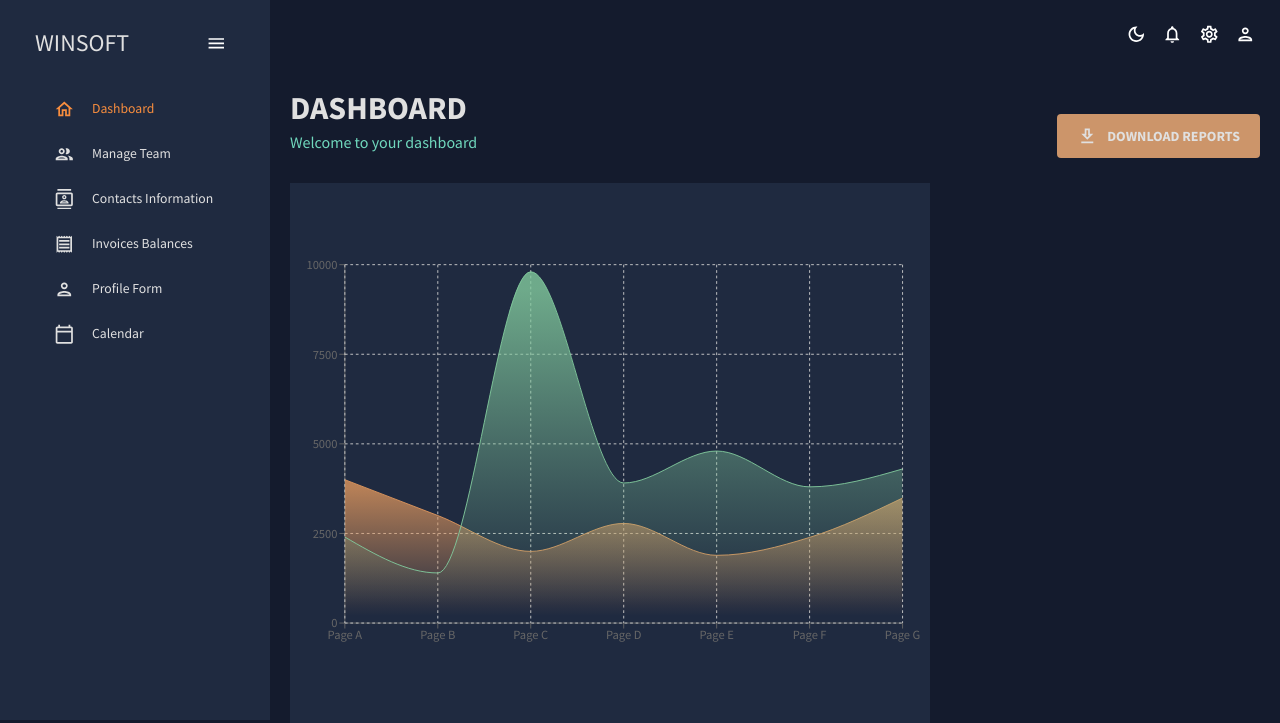
Repository: thamaraiselvan315731/winssoft
Page: /
The author's editor kept a copy of each file at every save. The page is drawn from the files as they stood at one save, then again after the next save.
The browser window is 1280 px wide. The pictures show the whole page.
The project was rebuilt for these pictures with package versions that can differ from the ones it lists, and the page was loaded fresh each time. Also part of the build but not shown: src/pages/team/index.jsx, src/pages/invoices/index.jsx, src/pages/contacts/index.jsx, src/pages/form/index.jsx, src/components/LineChart.jsx, src/data/mockGeoFeatures.js, src/components/GeographyChart.jsx, src/components/BarChart.jsx and 4 more.

Above is the page before, as saved 2022-12-01 11:04:47.

### src/App.js
import { useState } from "react";
import { Routes, Route } from "react-router-dom";
import Topbar from "./pages/global/Topbar";
import Sidebar from "./pages/global/Sidebar";
import Team from "./pages/team";
import Invoices from "./pages/invoices";
import Contacts from "./pages/contacts";
import Form from "./pages/form";
// import Bar from "./pages/bar";
// import Line from "./pages/line";
// import Pie from "./pages/pie";
// import Geography from "./pages/geography";
import Dashboard from "./pages/dashboard";
import FAQ from "./pages/faq";
import { CssBaseline, ThemeProvider } from "@mui/material";
import { ColorModeContext, useMode } from "./theme";
import Calendar from "./pages/calendar/calendar";

function App() {
  const [theme, colorMode] = useMode();
  const [isSidebar, setIsSidebar] = useState(true);

  return (
    <ColorModeContext.Provider value={colorMode}>
      <ThemeProvider theme={theme}>
        <CssBaseline />
        <div className="app">
          <Sidebar isSidebar={isSidebar} />
          <main className="content">
            <Topbar setIsSidebar={setIsSidebar} />
            <Routes>
              <Route path="/" element={<Dashboard />} />
              <Route path="/team" element={<Team />} />
              <Route path="/contacts" element={<Contacts />} />
              <Route path="/invoices" element={<Invoices />} />
              <Route path="/form" element={<Form />} />
              {/* <Route path="/bar" element={<Bar />} />
              <Route path="/pie" element={<Pie />} />
              <Route path="/line" element={<Line />} /> */}
              <Route path="/faq" element={<FAQ />} />
              <Route path="/calendar" element={<Calendar />} />
              {/* <Route path="/geography" element={<Geography />} /> */}
            </Routes>
          </main>
        </div>
      </ThemeProvider>
    </ColorModeContext.Provider>
  );
}

export default App;

### src/pages/global/Topbar.jsx
import { Box, IconButton, useTheme } from "@mui/material";
import { useContext } from "react";
import { ColorModeContext, tokens } from "../../theme";
import InputBase from "@mui/material/InputBase";
import LightModeOutlinedIcon from "@mui/icons-material/LightModeOutlined";
import DarkModeOutlinedIcon from "@mui/icons-material/DarkModeOutlined";
import NotificationsOutlinedIcon from "@mui/icons-material/NotificationsOutlined";
import SettingsOutlinedIcon from "@mui/icons-material/SettingsOutlined";
import PersonOutlinedIcon from "@mui/icons-material/PersonOutlined";
import SearchIcon from "@mui/icons-material/Search";

const Topbar = () => {
  const theme = useTheme();
  const colors = tokens(theme.palette.mode);
  const colorMode = useContext(ColorModeContext);

  return (
    <Box display="flex" justifyContent="flex-end" p={2}>
      {/* SEARCH BAR */}
      {/* <Box
        display="flex"
        backgroundColor={colors.primary[400]}
        borderRadius="3px"
      >
        <InputBase sx={{ ml: 2, flex: 1 }} placeholder="Search" />
        <IconButton type="button" sx={{ p: 1 }}>
          <SearchIcon />
        </IconButton>
      </Box> */}

      {/* ICONS */}
      <Box display="flex">
        <IconButton onClick={colorMode.toggleColorMode}>
          {theme.palette.mode === "dark" ? (
            <DarkModeOutlinedIcon />
          ) : (
            <LightModeOutlinedIcon />
          )}
        </IconButton>
        <IconButton>
          <NotificationsOutlinedIcon />
        </IconButton>
        <IconButton>
          <SettingsOutlinedIcon />
        </IconButton>
        <IconButton>
          <PersonOutlinedIcon />
        </IconButton>
      </Box>
    </Box>
  );
};

export default Topbar;

### src/pages/global/Sidebar.jsx
import { useState } from "react";
import { ProSidebar, Menu, MenuItem } from "react-pro-sidebar";
import { Box, IconButton, Typography, useTheme } from "@mui/material";
import { Link } from "react-router-dom";
import "react-pro-sidebar/dist/css/styles.css";
import { tokens } from "../../theme";
import HomeOutlinedIcon from "@mui/icons-material/HomeOutlined";
import PeopleOutlinedIcon from "@mui/icons-material/PeopleOutlined";
import ContactsOutlinedIcon from "@mui/icons-material/ContactsOutlined";
import ReceiptOutlinedIcon from "@mui/icons-material/ReceiptOutlined";
import PersonOutlinedIcon from "@mui/icons-material/PersonOutlined";
import CalendarTodayOutlinedIcon from "@mui/icons-material/CalendarTodayOutlined";// eslint-disable-next-line
import HelpOutlineOutlinedIcon from "@mui/icons-material/HelpOutlineOutlined";// eslint-disable-next-line
import BarChartOutlinedIcon from "@mui/icons-material/BarChartOutlined";// eslint-disable-next-line
import PieChartOutlineOutlinedIcon from "@mui/icons-material/PieChartOutlineOutlined";// eslint-disable-next-line
import TimelineOutlinedIcon from "@mui/icons-material/TimelineOutlined";// eslint-disable-next-line
import MenuOutlinedIcon from "@mui/icons-material/MenuOutlined";// eslint-disable-next-line
import MapOutlinedIcon from "@mui/icons-material/MapOutlined";// eslint-disable-next-line

const Item = ({ title, to, icon, selected, setSelected }) => {
  const theme = useTheme();
  const colors = tokens(theme.palette.mode);
  return (
    <MenuItem
      active={selected === title}
      style={{
        color: colors.grey[100],
      }}
      onClick={() => setSelected(title)}
      icon={icon}
    >
      <Typography>{title}</Typography>
      <Link to={to} />
    </MenuItem>
  );
};

const Sidebar = () => {
  const theme = useTheme();
  const colors = tokens(theme.palette.mode);
  const [isCollapsed, setIsCollapsed] = useState(false);
  const [selected, setSelected] = useState("Dashboard");

  return (
    <Box
      sx={{
        "& .pro-sidebar-inner": {
          background: `${colors.primary[400]} !important`,
        },
        "& .pro-icon-wrapper": {
          backgroundColor: "transparent !important",
        },
        "& .pro-inner-item": {
          padding: "5px 35px 5px 20px !important",
        },
        "& .pro-inner-item:hover": {
          color: "#f78d3e !important",
        },
        "& .pro-menu-item.active": {
          color: "#f78d3e !important",
        },
      }}
    >
      <ProSidebar collapsed={isCollapsed}>
        <Menu iconShape="square">
          {/* LOGO AND MENU ICON */}
          <MenuItem
            onClick={() => setIsCollapsed(!isCollapsed)}
            icon={isCollapsed ? <MenuOutlinedIcon /> : undefined}
            style={{
              margin: "10px 0 20px 0",
              color: colors.grey[100],
            }}
          >
            {!isCollapsed && (
              <Box
                display="flex"
                justifyContent="space-between"
                alignItems="center"
                ml="15px"
              >
                <Typography variant="h3" color={colors.grey[100]}>
                  WINSOFT
                </Typography>
                <IconButton onClick={() => setIsCollapsed(!isCollapsed)}>
                  <MenuOutlinedIcon />
                </IconButton>
              </Box>
            )}
          </MenuItem>

          {/* {!isCollapsed && (
            <Box mb="25px">
              <Box display="flex" justifyContent="center" alignItems="center">
                <img
                  alt="profile-user"
                  width="100px"
                  height="100px"
                  src={`../../assets/user.png`}
                  style={{ cursor: "pointer", borderRadius: "50%" }}
                />
              </Box>
              <Box textAlign="center">
                <Typography
                  variant="h2"
                  color={colors.grey[100]}
                  fontWeight="bold"
                  sx={{ m: "10px 0 0 0" }}
                >
                  Ed Roh
                </Typography>
                <Typography variant="h5" color={colors.greenAccent[500]}>
                  VP Fancy Admin
                </Typography>
              </Box>
            </Box>
          )} */}

          <Box paddingLeft={isCollapsed ? undefined : "10%"}>
            <Item
              title="Dashboard"
              to="/"
              icon={<HomeOutlinedIcon />}
              selected={selected}
              setSelected={setSelected}
            />

            {/* <Typography
              variant="h6"
              color={colors.grey[300]}
              sx={{ m: "15px 0 5px 20px" }}
            >
              Data
            </Typography> */}
            <Item
              title="Manage Team"
              to="/team"
              icon={<PeopleOutlinedIcon />}
              selected={selected}
              setSelected={setSelected}
            />
            <Item
              title="Contacts Information"
              to="/contacts"
              icon={<ContactsOutlinedIcon />}
              selected={selected}
              setSelected={setSelected}
            />
            <Item
              title="Invoices Balances"
              to="/invoices"
              icon={<ReceiptOutlinedIcon />}
              selected={selected}
              setSelected={setSelected}
            />

            {/* <Typography
              variant="h6"
              color={colors.grey[300]}
              sx={{ m: "15px 0 5px 20px" }}
            >
              Pages
            </Typography> */}
            <Item
              title="Profile Form"
              to="/form"
              icon={<PersonOutlinedIcon />}
              selected={selected}
              setSelected={setSelected}
            />
            <Item
              title="Calendar"
              to="/calendar"
              icon={<CalendarTodayOutlinedIcon />}
              selected={selected}
              setSelected={setSelected}
            />
            {/* <Item
              title="FAQ Page"
              to="/faq"
              icon={<HelpOutlineOutlinedIcon />}
              selected={selected}
              setSelected={setSelected}
            /> */}

            {/* <Typography
              variant="h6"
              color={colors.grey[300]}
              sx={{ m: "15px 0 5px 20px" }}
            >
              Charts
            </Typography>
            <Item
              title="Bar Chart"
              to="/bar"
              icon={<BarChartOutlinedIcon />}
              selected={selected}
              setSelected={setSelected}
            />
            <Item
              title="Pie Chart"
              to="/pie"
              icon={<PieChartOutlineOutlinedIcon />}
              selected={selected}
              setSelected={setSelected}
            />
            <Item
              title="Line Chart"
              to="/line"
              icon={<TimelineOutlinedIcon />}
              selected={selected}
              setSelected={setSelected}
            />
            <Item
              title="Geography Chart"
              to="/geography"
              icon={<MapOutlinedIcon />}
              selected={selected}
              setSelected={setSelected}
            /> */}
          </Box>
        </Menu>
      </ProSidebar>
    </Box>
  );
};

export default Sidebar;

### src/pages/dashboard/index.jsx
import { Box, Button, IconButton, Typography, useTheme } from "@mui/material";
import { tokens } from "../../theme";
import { mockTransactions } from "../../data/mockData";
import DownloadOutlinedIcon from "@mui/icons-material/DownloadOutlined";
import { AreaCharts } from "../../Charts/AreaChart"
import EmailIcon from "@mui/icons-material/Email";
import PointOfSaleIcon from "@mui/icons-material/PointOfSale";
import PersonAddIcon from "@mui/icons-material/PersonAdd";
import TrafficIcon from "@mui/icons-material/Traffic";
import Header from "../../components/Header";
import LineChart from "../../components/LineChart";
import GeographyChart from "../../components/GeographyChart";
import BarChart from "../../components/BarChart";
import StatBox from "../../components/StatBox";
import ProgressCircle from "../../components/ProgressCircle";

const Dashboard = () => {
  const theme = useTheme();
  const colors = tokens(theme.palette.mode);

  return (

    <Box m="20px">
      {/* HEADER */}
      <Box display="flex" justifyContent="space-between" alignItems="center">
        <Header title="DASHBOARD" subtitle="Welcome to your dashboard" />

        <Box>
          <Button
            sx={{
              backgroundColor: colors.blueAccent[700],
              color: colors.grey[100],
              fontSize: "14px",
              fontWeight: "bold",
              padding: "10px 20px",
            }}
          >
            <DownloadOutlinedIcon sx={{ mr: "10px" }} />
            Download Reports
          </Button>
        </Box>
      </Box>

      {/* GRID & CHARTS */}
      <Box
        display="grid"
        gridTemplateColumns="repeat(12, 1fr)"
        gridAutoRows="540px"
        gap="20px"
      >
        {/* ROW 1 */}
        <Box
          gridColumn="span 8"
          backgroundColor={colors.primary[400]}
          display="flex"
          alignItems="center"
          justifyContent="center"
        >
          <AreaCharts />
          {/* <StatBox
            title="12,361"
            subtitle="Emails Sent"
            progress="0.75"
            increase="+14%"
            icon={
              <EmailIcon
                sx={{ color: colors.greenAccent[600], fontSize: "26px" }}
              />
            }
          /> */}
        </Box>
        {/* <Box
          gridColumn="span 3"
          backgroundColor={colors.primary[400]}
          display="flex"
          alignItems="center"
          justifyContent="center"
        >
          <StatBox
            title="431,225"
            subtitle="Sales Obtained"
            progress="0.50"
            increase="+21%"
            icon={
              <PointOfSaleIcon
                sx={{ color: colors.greenAccent[600], fontSize: "26px" }}
              />
            }
          />
        </Box>
        <Box
          gridColumn="span 3"
          backgroundColor={colors.primary[400]}
          display="flex"
          alignItems="center"
          justifyContent="center"
        >
          <StatBox
            title="32,441"
            subtitle="New Clients"
            progress="0.30"
            increase="+5%"
            icon={
              <PersonAddIcon
                sx={{ color: colors.greenAccent[600], fontSize: "26px" }}
              />
            }
          />
        </Box>
        <Box
          gridColumn="span 3"
          backgroundColor={colors.primary[400]}
          display="flex"
          alignItems="center"
          justifyContent="center"
        >
          <StatBox
            title="1,325,134"
            subtitle="Traffic Received"
            progress="0.80"
            increase="+43%"
            icon={
              <TrafficIcon
                sx={{ color: colors.greenAccent[600], fontSize: "26px" }}
              />
            }
          />
        </Box> */}

        {/* ROW 2 */}
        {/* <Box
          gridColumn="span 8"
          gridRow="span 2"
          backgroundColor={colors.primary[400]}
        >
          <Box
            mt="25px"
            p="0 30px"
            display="flex "
            justifyContent="space-between"
            alignItems="center"
          >
            <Box>
              <Typography
                variant="h5"
                fontWeight="600"
                color={colors.grey[100]}
              >
                Revenue Generated
              </Typography>
              <Typography
                variant="h3"
                fontWeight="bold"
                color={colors.greenAccent[500]}
              >
                $59,342.32
              </Typography>
            </Box>
            <Box>
              <IconButton>
                <DownloadOutlinedIcon
                  sx={{ fontSize: "26px", color: colors.greenAccent[500] }}
                />
              </IconButton>
            </Box>
          </Box>
          <Box height="250px" m="-20px 0 0 0">
            <LineChart isDashboard={true} />
          </Box>
        </Box>
        <Box
          gridColumn="span 4"
          gridRow="span 2"
          backgroundColor={colors.primary[400]}
          overflow="auto"
        >
          <Box
            display="flex"
            justifyContent="space-between"
            alignItems="center"
            borderBottom={`4px solid ${colors.primary[500]}`}
            colors={colors.grey[100]}
            p="15px"
          >
            <Typography color={colors.grey[100]} variant="h5" fontWeight="600">
              Recent Transactions
            </Typography>
          </Box>
          {mockTransactions.map((transaction, i) => (
            <Box
              key={`${transaction.txId}-${i}`}
              display="flex"
              justifyContent="space-between"
              alignItems="center"
              borderBottom={`4px solid ${colors.primary[500]}`}
              p="15px"
            >
              <Box>
                <Typography
                  color={colors.greenAccent[500]}
                  variant="h5"
                  fontWeight="600"
                >
                  {transaction.txId}
                </Typography>
                <Typography color={colors.grey[100]}>
                  {transaction.user}
                </Typography>
              </Box>
              <Box color={colors.grey[100]}>{transaction.date}</Box>
              <Box
                backgroundColor={colors.greenAccent[500]}
                p="5px 10px"
                borderRadius="4px"
              >
                ${transaction.cost}
              </Box>
            </Box>
          ))}
        </Box> */}

        {/* ROW 3 */}
        {/* <Box
          gridColumn="span 4"
          gridRow="span 2"
          backgroundColor={colors.primary[400]}
          p="30px"
        >
          <Typography variant="h5" fontWeight="600">
            Campaign
          </Typography>
          <Box
            display="flex"
            flexDirection="column"
            alignItems="center"
            mt="25px"
          >
            <ProgressCircle size="125" />
            <Typography
              variant="h5"
              color={colors.greenAccent[500]}
              sx={{ mt: "15px" }}
            >
              $48,352 revenue generated
            </Typography>
            <Typography>Includes extra misc expenditures and costs</Typography>
          </Box>
        </Box>
        <Box
          gridColumn="span 4"
          gridRow="span 2"
          backgroundColor={colors.primary[400]}
        >
          <Typography
            variant="h5"
            fontWeight="600"
            sx={{ padding: "30px 30px 0 30px" }}
          >
            Sales Quantity
          </Typography>
          <Box height="250px" mt="-20px">
            <BarChart isDashboard={true} />
          </Box>
        </Box>
        <Box
          gridColumn="span 4"
          gridRow="span 2"
          backgroundColor={colors.primary[400]}
          padding="30px"
        >
          <Typography
            variant="h5"
            fontWeight="600"
            sx={{ marginBottom: "15px" }}
          >
            Geography Based Traffic
          </Typography>
          <Box height="200px">
            <GeographyChart isDashboard={true} />
          </Box>
        </Box> */}
      </Box>
    </Box>
  );
};

export default Dashboard;

### src/Charts/AreaChart.js
import { LineChart, Line, AreaChart, ResponsiveContainer, YAxis, Area, Tooltip, CartesianGrid, linearGradient, XAxis } from 'recharts';


const data = [
    {
        "name": "Page A",
        "uv": 4000,
        "pv": 2400,
        "amt": 2400
    },
    {
        "name": "Page B",
        "uv": 3000,
        "pv": 1398,
        "amt": 2210
    },
    {
        "name": "Page C",
        "uv": 2000,
        "pv": 9800,
        "amt": 2290
    },
    {
        "name": "Page D",
        "uv": 2780,
        "pv": 3908,
        "amt": 2000
    },
    {
        "name": "Page E",
        "uv": 1890,
        "pv": 4800,
        "amt": 2181
    },
    {
        "name": "Page F",
        "uv": 2390,
        "pv": 3800,
        "amt": 2500
    },
    {
        "name": "Page G",
        "uv": 3490,
        "pv": 4300,
        "amt": 2100
    }
]


export const AreaCharts = () => {
    // const theme = useTheme();
    // const colors = tokens(theme.palette.mode);

    return (
        <ResponsiveContainer width={700} height="80%">
            < AreaChart width={730} height={250} data={data}
                margin={{ top: 10, right: 30, left: 0, bottom: 0 }}>
                <defs>
                    <linearGradient id="colorUv" x1="0" y1="0" x2="0" y2="1">
                        <stop offset="5%" stopColor="#de965d" stopOpacity={0.8} />
                        <stop offset="95%" stopColor="#de965d" stopOpacity={0} />
                    </linearGradient>
                    <linearGradient id="colorPv" x1="0" y1="0" x2="0" y2="1">
                        <stop offset="5%" stopColor="#82ca9d" stopOpacity={0.8} />
                        <stop offset="95%" stopColor="#82ca9d" stopOpacity={0} />
                    </linearGradient>
                </defs>
                <XAxis dataKey="name" />
                <YAxis />
                <CartesianGrid strokeDasharray="3 3" />
                <Tooltip />
                <Area type="monotone" dataKey="uv" stroke="#de965d" fillOpacity={1} fill="url(#colorUv)" />
                <Area type="monotone" dataKey="pv" stroke="#82ca9d" fillOpacity={1} fill="url(#colorPv)" />
            </AreaChart ></ResponsiveContainer>
    );
};

Loaded but not shown: public/index.html (common file); src/index.js (common file); src/index.css (common file); src/components/Header.jsx (common file); src/data/mockData.js (1283 lines, source omitted); src/theme.js (214 lines, source omitted)

After the next save:
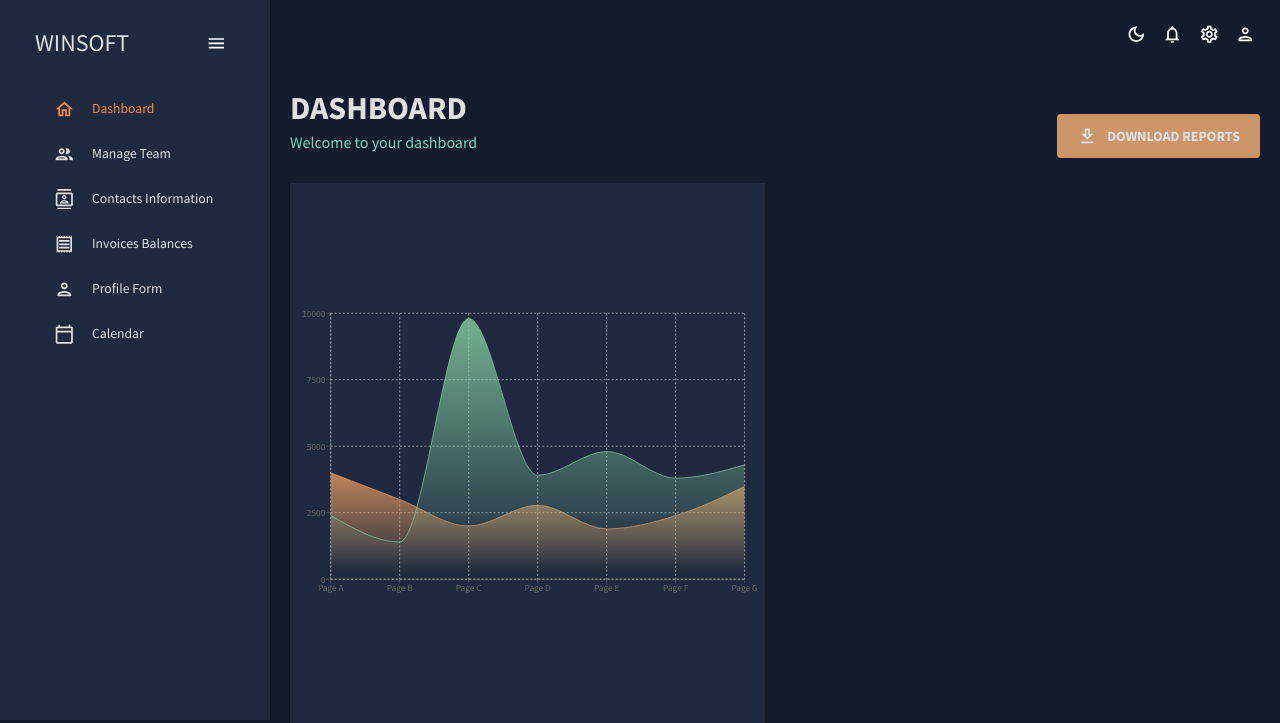
Saved 15 s later.
--- a/src/pages/dashboard/index.jsx
+++ b/src/pages/dashboard/index.jsx
@@ -50,7 +50,7 @@ const Dashboard = () => {
       >
         {/* ROW 1 */}
         <Box
-          gridColumn="span 8"
+          gridColumn="span 6"
           backgroundColor={colors.primary[400]}
           display="flex"
           alignItems="center"
